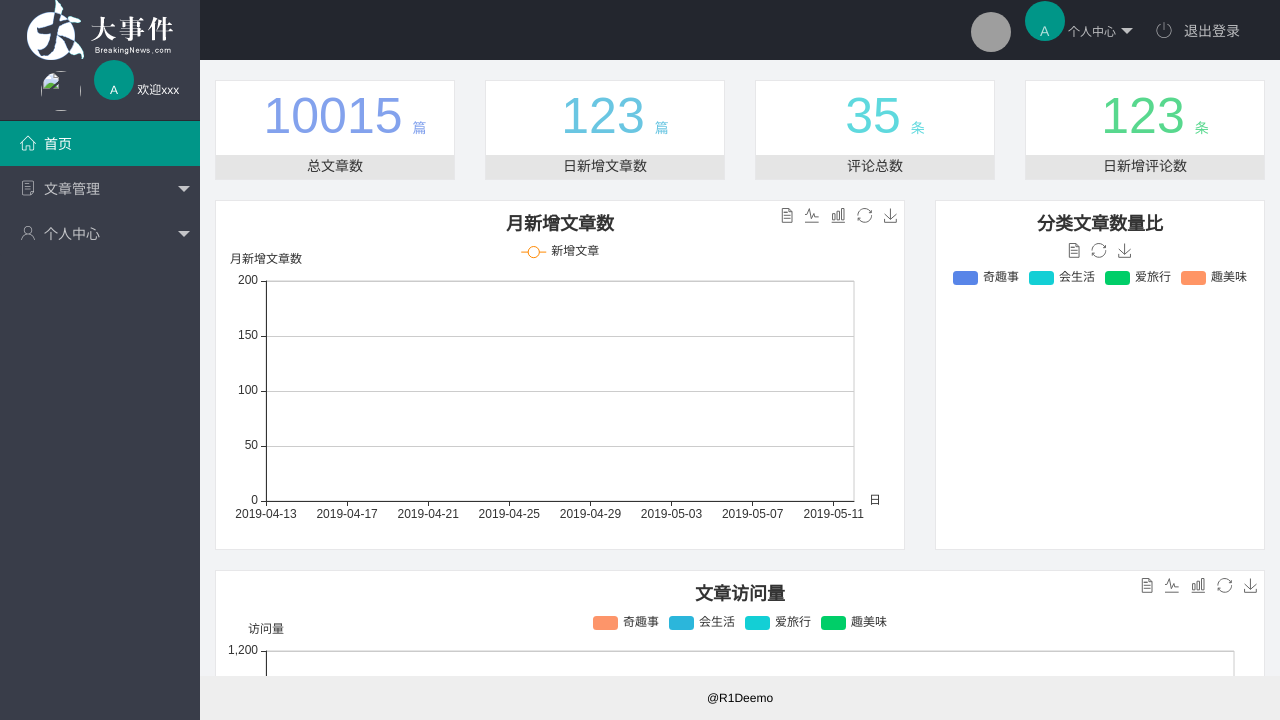
Repository: R1Deemo/Main-project
Page: index.html
The author's editor kept a copy of each file at every save. The page is drawn from the files as they stood at one save, then again after the next save.
The browser window is 1280 px wide. The pictures show the whole page.
Pictures or frames that could not be fetched are drawn as grey boxes.

Above is the page before, as saved 2022-10-30 20:33:06.

After the next save:
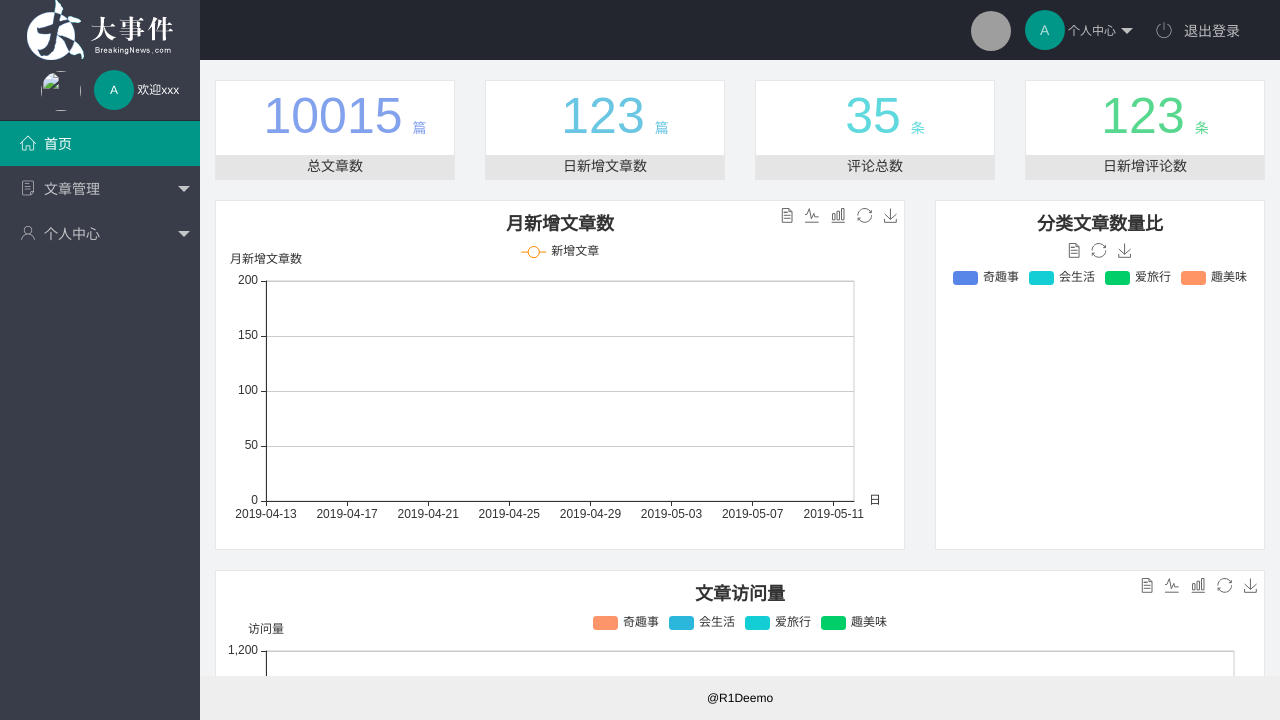
Saved 39 min 9 s later.
--- a/assets/css/index.css
+++ b/assets/css/index.css
@@ -48,4 +48,5 @@ iframe {
     height: 40px;
     background-color: #009688;
     border-radius: 50%;
+    line-height: 40px;
 }
